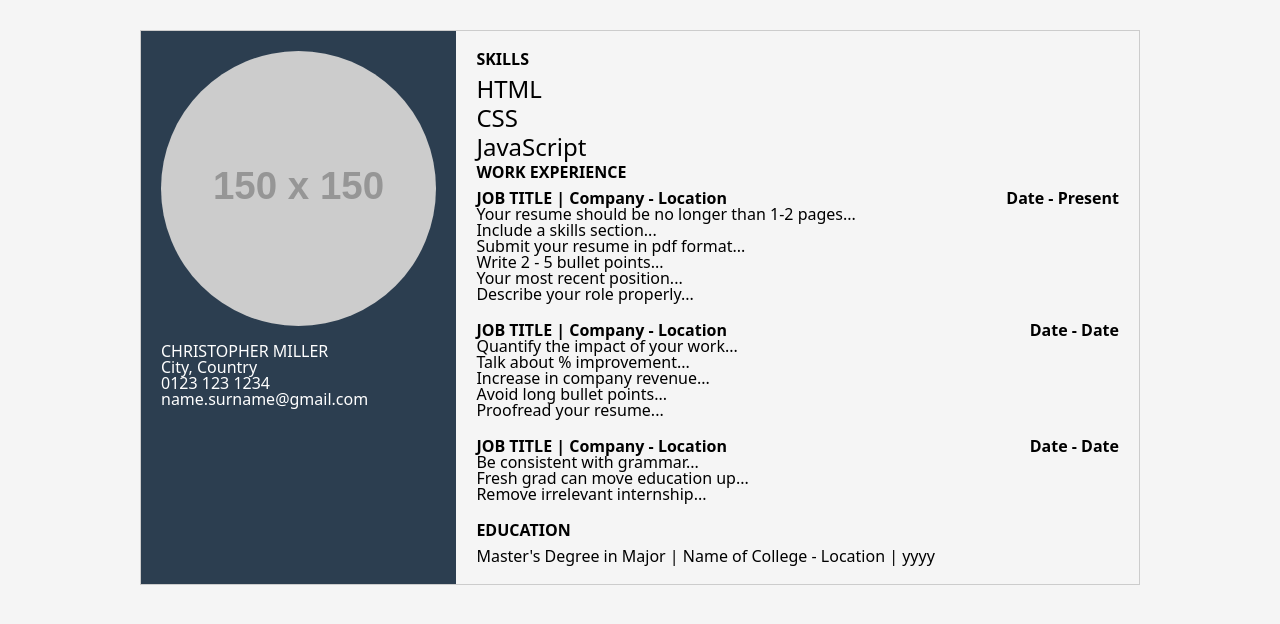
Repository: doanhieu0707/Homework-Day-5
Page: cv-flex.html
An editor plug-in stored every save of this project. The page is shown before and after a run of saves, followed by the edit.
The browser window is 1280 px wide. The pictures show the whole page.

Above is the page before, as saved 2026-04-22 14:43:29.

### cv-flex.html
<!doctype html>
<html lang="en">
<head>
    <meta charset="UTF-8" />
    <meta name="viewport" content="width=device-width, initial-scale=1.0" />
    <link rel="stylesheet" href="./css/reset.css" />
    <link rel="stylesheet" href="./css/style.css" />
    <title>CV Flex</title>
</head>
<body>
    <div class="cv">
        <div class="container">

            <!-- SIDEBAR -->
            <div class="sidebar">
                <img src="https://via.placeholder.com/150" alt="avatar" />
                <h1>CHRISTOPHER MILLER</h1>
                <p>City, Country</p>
                <p>0123 123 1234</p>
                <p>name.surname@gmail.com</p>

            </div>

            <!-- MAIN CONTENT -->
            <div class="infor">
                <h2>SKILLS</h2>
                <ul>
                    <li class="heading-1">HTML</li>
                    <li class="heading-1">CSS</li>
                    <li class="heading-1">JavaScript</li>
                </ul>

                <div class="work">
                    <h2 class="heading-2">WORK EXPERIENCE</h2>
                </div>

                <div class="part">
                    <div class="title">
                        <span>JOB TITLE | Company - Location</span>
                        <span>Date - Present</span>
                    </div>
                    <ul>
                        <li>Your resume should be no longer than 1-2 pages...</li>
                        <li>Include a skills section...</li>
                        <li>Submit your resume in pdf format...</li>
                        <li>Write 2 - 5 bullet points...</li>
                        <li>Your most recent position...</li>
                        <li>Describe your role properly...</li>
                    </ul>
                </div>

                <div class="part">
                    <div class="title">
                        <span>JOB TITLE | Company - Location</span>
                        <span>Date - Date</span>
                    </div>
                    <ul>
                        <li>Quantify the impact of your work...</li>
                        <li>Talk about % improvement...</li>
                        <li>Increase in company revenue...</li>
                        <li>Avoid long bullet points...</li>
                        <li>Proofread your resume...</li>
                    </ul>
                </div>

                <div class="part">
                    <div class="title">
                        <span>JOB TITLE | Company - Location</span>
                        <span>Date - Date</span>
                    </div>
                    <ul>
                        <li>Be consistent with grammar...</li>
                        <li>Fresh grad can move education up...</li>
                        <li>Remove irrelevant internship...</li>
                    </ul>
                </div>

                <div class="footer">
                    <h2>EDUCATION</h2>
                    <p>
                        <span>Master's Degree in Major</span> |
                        Name of College - Location | yyyy
                    </p>
                </div>
            </div>

        </div>
    </div>
</body>
</html>

### css/style.css
* {
    box-sizing: border-box;
}

body {
    background-color: gray;
    font-family:
        system-ui,
        -apple-system,
        BlinkMacSystemFont,
        "Segoe UI",
        Roboto,
        Oxygen,
        Ubuntu,
        Cantarell,
        "Fira Sans",
        "Droid Sans",
        "Helvetica Neue",
        sans-serif;
}

/* MAIN CV */
.cv {
    max-width: 1000px;
    margin: 20px auto;
    border: 1px solid #ccc;
}

/* FLEX LAYOUT */
.container {
    display: flex;
}

/* SIDEBAR */
.sidebar {
    flex: 3;
    background: #2c3e50;
    color: white;
    padding: 20px;
}

.sidebar img {
    width: 100%;
    border-radius: 50%;
    margin-bottom: 15px;
}

.sidebar h2 {
    margin-bottom: 10px;
}

.sidebar ul {
    padding-left: 20px;
}

/* MAIN CONTENT */
.infor {
    flex: 7;
    padding: 20px;
}

h2 {
    margin-bottom: 10px;
    font-weight: 700;
}

.heading-1 {
    font-size: 24px;
    margin-bottom: 5px;
}

/* SECTION */
.heading-2 {
    margin-bottom: 10px;
}

/* JOB TITLE */
.title {
    display: flex;
    justify-content: space-between;
    font-weight: bold;
}

/* SPACING */
.part {
    margin-bottom: 20px;
}

/* FOOTER */
.footer {
    margin-top: 20px;
}

/* ===== Menu ===== */
.menu {
    display: flex;
    align-items: center;
    justify-content: center;
    padding: 0 45px;
    font-size: 0;
    background-color: #3e5cca;
}

.menu li {
    display: inline-block;
    position: relative;
}

.menu li::before {
    content: "";
    position: absolute;
    left: 0;
    top: 0;
    width: 1px;
    height: 100%;
    background-color: #2d4db7;
}

.menu li:first-child::before {
    display: none;
}

.menu li a {
    display: inline-block;
    color: white;
    font-size: 16px;
    padding: 21px;
    text-decoration: none;
}

.menu li a::before {
    content: "\25B6";
    margin-right: 6px;
    font-size: 10px;
}

.menu li:hover > a {
  background-color: #2d4db7;
  color: #fff;
}


.menu li a:focus,
.menu li a:target {
    background-color: blueviolet;
    color: red;
}

/* ===== Form ===== */
.form {
    max-width: 400px;
    padding: 25px;
    margin: 10px auto;
    border-radius: 20px;
    background-color: #fff;
}

.form-heading {
    margin-bottom: 32px;
    text-align: center;
    font-size: 24px;
    font-weight: bold;
    color: red;
}

.form-label {
    display: block;
    margin: 12px 0 4px;
    font-weight: 600;
    font-size: 12px;
}

/* .form-label::after {
    content: " *";
    color: red;
} */

.form-input {
    width: 100%;
    padding: 6px 8px;
    border: 1px solid gray;
    border-radius: 5px;
    outline: none;
}

.form-input:focus {
    border-color: blueviolet;
}

/* .form-input:invalid {
    border-color: red;
} */

.form-input:not(:placeholder-shown):invalid {
  border-color: red;
}

.form-label--required::after {
  content: " *";
  color: red;
}

.form:focus-within {
  box-shadow: 0 0 0 3px rgba(138, 43, 226, 0.2);
}

.avatar {
    width: 100px;
    height: 100px;
    cursor: pointer;
    border-radius: 50%;
}

.form-options label {
    display: block;
}

.form-footer {
    display: flex;
    margin-top: 28px;
    justify-content: space-between;
}

.btn {
    display: inline-block;
    padding: 6px 16px;
    border-radius: 5px;
    min-width: 100px;
    text-align: center;
    border: none;
    background: rgb(87, 142, 230);
    color: white;
    cursor: pointer;
}

.btn:hover {
    background: #3e5cca;
}

.btn:active {
    transform: scale(0.95);
}

/* =====  */
body {
    background: #f5f5f5;
    padding: 10px;
}

.pricing {
    display: flex;
    justify-content: center;
    gap: 30px;
}

.pricing-item {
    width: 260px;
    padding: 30px 20px;
    border-radius: 20px;
    background: linear-gradient(135deg,#3f2bff,#5f5bff);
    color: white;
    text-align: center;
    transition: 0.3s;
}

.pricing-item:hover {
    transform: translateY(-10px);
    box-shadow: 0 15px 30px rgba(0,0,0,0.2);
}

.pricing-item:nth-child(2) {
    transform: scale(1.05);
    box-shadow: 0 15px 30px rgba(0,0,0,0.3);
}

.pricing-title {
    font-size: 18px;
    margin-bottom: 10px;
}

.pricing-price {
    font-size: 32px;
    font-weight: bold;
    margin-bottom: 20px;
}

.pricing-list {
    list-style: none;
    text-align: left;
    margin-bottom: 20px;
}

.pricing-list li {
    margin: 10px 0;
    padding-left: 20px;
    position: relative;
}

.pricing-list li::before {
    content: "✓";
    position: absolute;
    left: 0;
    color: #fff;
}

.btn {
    padding: 10px 20px;
    border-radius: 8px;
    border: none;
    background: #fff;
    color: #333;
    cursor: pointer;
}

.btn:hover {
    background: #eee;
}

/* ===== Blog ===== */
.blog{
    max-width:800px;
    margin:0 auto;
    background:white;
    padding:30px;
    border-radius:10px;
}

.blog h1{
    font-size:28px;
    margin-bottom:20px;
    font-weight: 600;
}

.blog h2,
.blog h3{
    margin:20px 0 10px;
}

.blog :not(h1):is(h2, h3) {
  color: #3e5cca;
}

.blog img{
    width:100%;
    height:300px;
    object-fit:cover;
    border-radius:8px;
    margin:20px 0;
}

.blog p{
    margin-bottom:16px;
}

.blog > p:first-of-type::first-letter{
    font-size:50px;
    font-weight:bold;
    float:left;
    margin-right:8px;
    line-height:1;
    color:#3e5cca;
}

.blog p::first-line{
    font-weight:bold;
}

::selection{
    background:#3e5cca;
    color:white;
}

blockquote{
    margin:20px 0;
    padding:10px 20px;
    border-left:4px solid #3e5cca;
    font-style:italic;
    position:relative;
    background:#f9f9f9;
}

blockquote::before{
    content:"“";
    font-size:40px;
    position:absolute;
    left:5px;
    top:-10px;
    color:#3e5cca;
}

.comments{
    margin-top:40px;
}

.comment{
    padding:15px;
    margin:10px 0;
    border-radius:8px;
    transition:0.3s;
}

.comment:nth-of-type(odd){
    background:#f9f9f9;
}

.comment:nth-of-type(even){
    background:#ececec;
}

.comment:hover{
    background:#e3e9ff;
    transform:translateX(5px);
}

.comment-author{
    font-weight:bold;
    margin-bottom:5px;
}

Loaded but not shown: css/reset.css (common file)

After the next 5 saves:
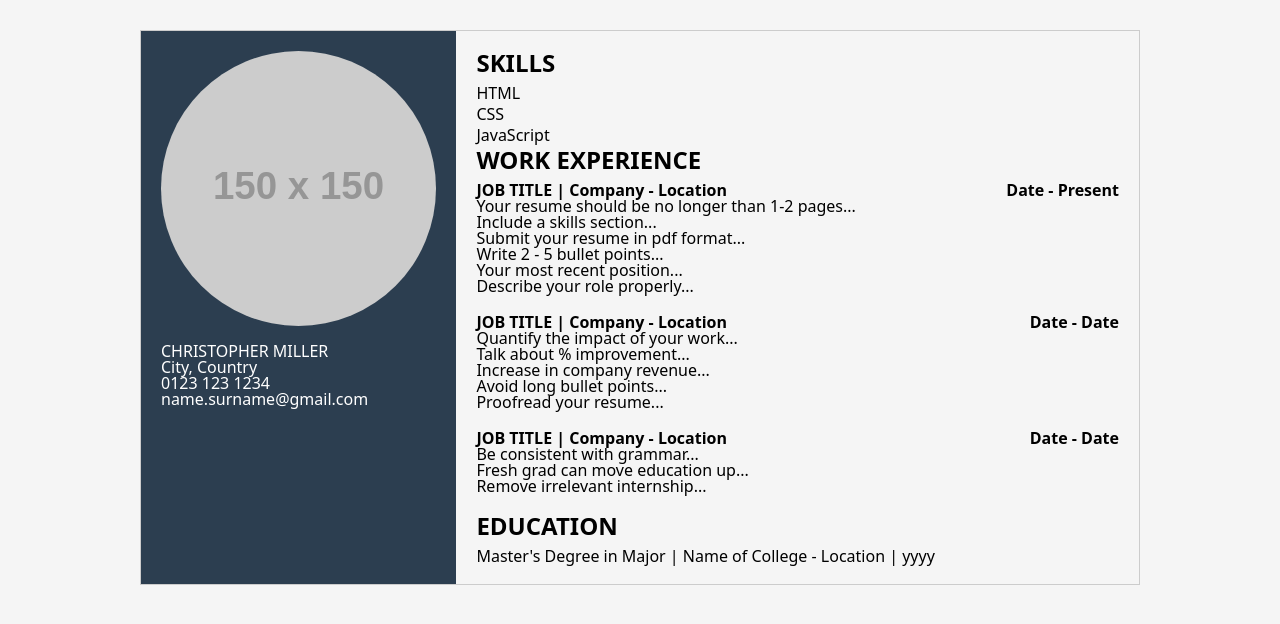
The 5 saves are shown as one change because they came seconds apart.
The last was saved 21 s later.
--- a/css/style.css
+++ b/css/style.css
@@ -61,11 +61,11 @@ body {
 
 h2 {
     margin-bottom: 10px;
+    font-size: 24px;
     font-weight: 700;
 }
 
 .heading-1 {
-    font-size: 24px;
     margin-bottom: 5px;
 }
 
